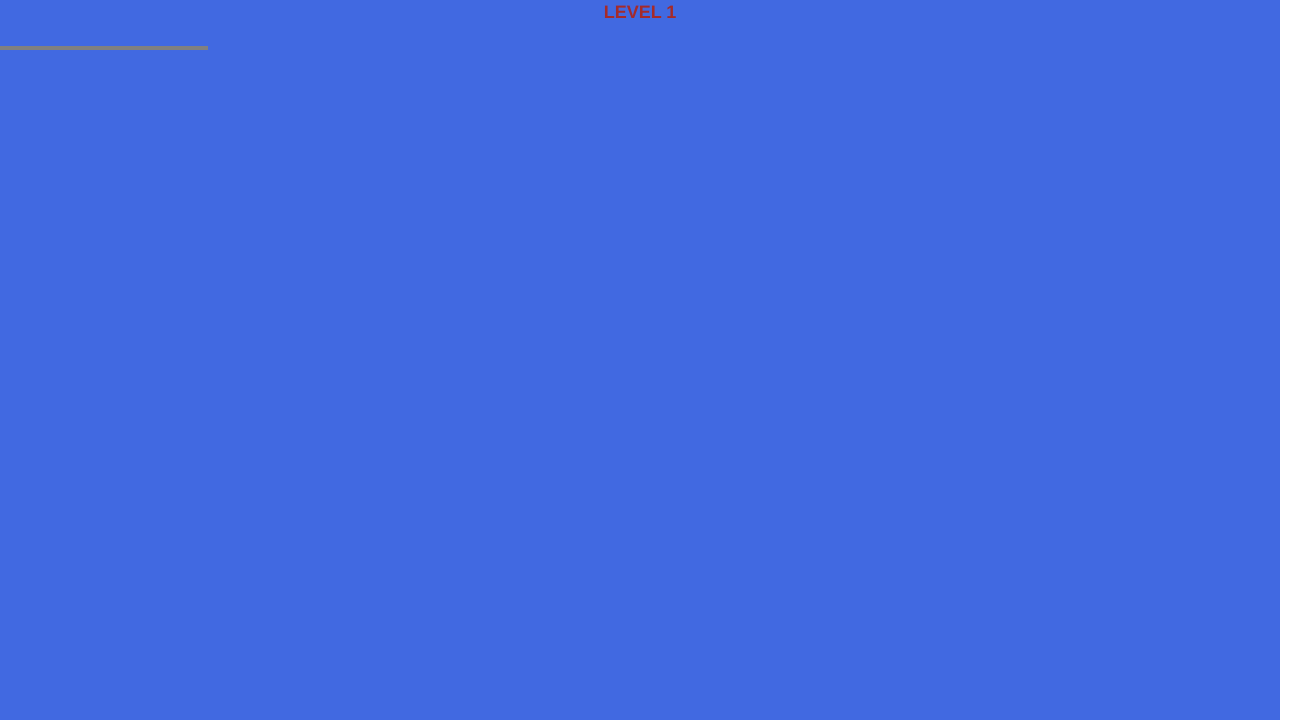
Repository: Shenba-Ps/Jsp-Servlet-B
Page: http://localhost/Test/Booking.jsp
The author's editor kept a copy of each file at every save. The page is drawn from the files as they stood at one save, then again after a run of saves.
The browser window is 1280 px wide. The page is 1295 px wide, so the pictures cover 1295 px, including what lies to the right of the window. The pictures show the whole page.
The page is served by Tomcat 9. Other server files are loaded and not shown.

Above is the page before, as saved 2023-06-15 13:11:42.

### Test/src/main/webapp/Booking.jsp
<!DOCTYPE HTML><%@page language="java"
	contentType="text/html; charset=ISO-8859-1" pageEncoding="ISO-8859-1"%>
<html>
<head>
<title>Booking</title>
<meta http-equiv="Content-Type" content="text/html; charset=ISO-8859-1">
<link rel="stylesheet" href="Plugins/Boostrap.css">
<link rel="stylesheet" href="Script/Common.css">
<script src="Plugins/jQuery.js"></script>
<script src="Plugins/bootstrap.js"></script>
<script src="Script/Booking.js"></script>
</head>
<body>
	<div style="height: 100vh; background-color: #4169E1;">
		<div>
			<div class="Title form-group" style="text-align: center;">LEVEL 1</div>
			<div class="row">
				<div class="col-md-2 Slot Free"></div>
			</div>
		</div>
		<!-- Modal -->
		<div class="modal fade" data-backdrop="static" id="mdlCustomerDetail"
			role="dialog">
			<div class="modal-dialog" style="width: 70%;">
				<!-- Modal content-->
				<div class="modal-content">
					<div class="modal-body">
						<div class="Title form-group" style="text-align: center;">Please
							enter your booking information</div>
						<div class="row form-group">
							<div class="col-xs-3 RightAlign">
								<label>Name</label>
							</div>
							<div class="col-xs-6">
								<input class="form-control" type="text" id="idName"
									name="nmName">
								<div class="ControlErrorMessage" id="errName"></div>
							</div>
						</div>
						<div class="row form-group">
							<div class="col-xs-3 RightAlign">
								<label>Address</label>
							</div>
							<div class="col-xs-6">
								<textarea class="form-control" id="idAddress" name="nmAddress"></textarea>
								<div class="ControlErrorMessage" id="errAddress"></div>
							</div>
						</div>
						<div class="row form-group">
							<div class="col-xs-3 RightAlign">
								<label>NRIC</label>
							</div>
							<div class="col-xs-6">
								<input class="form-control" type="text" id="idNRIC"
									name="nmNRIC">
								<div class="ControlErrorMessage" id="errNRIC"></div>
							</div>
						</div>
						<div class="row form-group">
							<div class="col-xs-3 RightAlign">
								<label>Usage Trade</label>
							</div>
							<div class="col-xs-6">
								<select class="form-control" name="UsageTrade" id="idUsageTrade">
									<option value="Credit Card Promotion">Credit Card
										Promotion</option>
									<option value="F&B">F&B</option>
									<option value="Hairdressing">Hairdressing</option>
									<option value="Clothing">Clothing</option>
									<option value="Others">Others</option>
								</select>
								<div class="ControlErrorMessage" id="errUserTrade"></div>
							</div>
						</div>
						<div class="row form-group">
							<div class="col-xs-3 RightAlign">
								<label>Others</label>
							</div>
							<div class="col-xs-6">
								<input class="form-control" type="text" id="idOthers"
									name="nmOthers">
								<div class="ControlErrorMessage" id="errOthers"></div>
							</div>
						</div>
						<div class="row form-group">
							<div class="col-xs-3 RightAlign">
								<label>Email</label>
							</div>
							<div class="col-xs-6">
								<input class="form-control" type="text" id="idEmail"
									name="nmEmail">
								<div class="ControlErrorMessage" id="errEmail"></div>
							</div>
						</div>
						<div class="row form-group">
							<div class="col-xs-3 RightAlign">
								<label>Home</label>
							</div>
							<div class="col-xs-6">
								<input class="form-control PhoneNumber" type="text"
									id="idHomeTel" name="nmHome" maxlength="8">
								<div class="ControlErrorMessage" id="errHomeTel"></div>
							</div>
						</div>
						<div class="row form-group">
							<div class="col-xs-3 RightAlign">
								<label>Office</label>
							</div>
							<div class="col-xs-6">
								<input class="form-control PhoneNumber" type="text"
									id="idOfficeTel" name="nmOffice" maxlength="8">
								<div class="ControlErrorMessage" id="errOfficeTel"></div>
							</div>
						</div>
						<div class="row form-group">
							<div class="col-xs-3 RightAlign">
								<label>Mobile</label>
							</div>
							<div class="col-xs-6">
								<input class="form-control PhoneNumber" type="text"
									id="idMobile" name="nmMobile" maxlength="8">
								<div class="ControlErrorMessage" id="errMobile"></div>
							</div>
						</div>
						<div class="row form-group">
							<div class="col-xs-3 RightAlign">
								<label>Booking Date</label>
							</div>
							<div class="col-xs-6">
								<input class="form-control" type="date" id="idBookingDate"
									name="nmBookingDate">
								<div class="ControlErrorMessage" id="errBookingDate"></div>
							</div>
						</div>
					</div>
					<div class="modal-footer">
						<button type="button" class="btn btn-primary"
							onclick="onclickBookSlot()">Book Slot</button>
						<button type="button" class="btn btn-primary" id="btnBookSlot"
							style="display: none;"></button>
						<div class="ControlErrorMessage" id="errBookingSlot"></div>
					</div>
				</div>
			</div>
		</div>
	</div>
</body>
</html>

### Test/src/main/webapp/Script/Common.css
.Title {
	font-size: 18px;
	color: brown;
	font-weight: bold;
}

.RightAlign {
	text-align: center;
}

.ControlError {
	border: 2px solid red;
}

.ControlErrorMessage {
	color: red;
	font-weight: 600;
}

.Slot {
	border: 2px solid gray;
	margin: 5px;
}

.Free {
	background-color: white;
	color: white;
	font-weight: 600;
	text-align: center;
}

.Booked {
	background-color: gray;
	color: white;
	font-weight: 600;
	text-align: center;
}

### Test/src/main/webapp/Script/Booking.js
$(function() {
	//OpenCustomerDetail();
});

function OpenCustomerDetail() {
	$('#mdlCustomerDetail').modal('show');
}

function onclickBookSlot() {
	$('#idName').removeClass("ControlError");
	$('#errName').hide();
	$('#idAddress').removeClass("ControlError");
	$('#errAddress').hide();
	$('#idNRIC').removeClass("ControlError");
	$('#errNRIC').hide();
	$('#idUsageTrade').removeClass("ControlError");
	$('#errUsageTrade').hide();
	$('#idOthers').removeClass("ControlError");
	$('#errOthers').hide();
	$('#idEmail').removeClass("ControlError");
	$('#errEmail').hide();
	$('#idHomeTel').removeClass("ControlError");
	$('#errHomeTel').hide();
	$('#idNOfficeTel').removeClass("ControlError");
	$('#errOfficeTel').hide();
	$('#idMobile').removeClass("ControlError");
	$('#errMobile').hide();
	$('#idBookingDate').removeClass("ControlError");
	$('#errBookingDate').hide();
	if ($('#idName').val() == "") {
		$('#idName').addClass("ControlError");
		$('#errName').html("* Please enter your name");
		$('#errName').show();
	}
	if ($('#idAddress').val() == "") {
		$('#idAddress').addClass("ControlError");
		$('#errAddress').html("* Please enter your address");
		$('#errAddress').show();
	}
	if ($('#idNRIC').val() == "") {
		$('#idNRIC').addClass("ControlError");
		$('#errNRIC').html("* Please enter your NRIC");
		$('#errNRIC').show();
	}
	if ($('#idUsageTrade').val() == "") {
		$('#idUsageTrade').addClass("ControlError");
		$('#errUsageTrade').html("* Please select usage trade");
		$('#errUsageTrade').show();
	}
	if ($('#idOthers').val() == "") {
		$('#idOthers').addClass("ControlError");
		$('#errOthers').html("* Please enter usage trade details");
		$('#errOthers').show();
	}
	if ($('#idEmail').val() == "") {
		$('#idEmail').addClass("ControlError");
		$('#errEmail').html("* Please enter your email");
		$('#errEmail').show();
	}
	if ($('#idHomeTel').val() == "") {
		$('#idHomeTel').addClass("ControlError");
		$('#errHomeTel').html("* Please enter your home number");
		$('#errHomeTel').show();
	}
	if ($('#idOfficeTel').val() == "") {
		$('#idOfficeTel').addClass("ControlError");
		$('#errOfficeTel').html("* Please enter your office number");
		$('#errOfficeTel').show();
	}
	if ($('#idMobile').val() == "") {
		$('#idMobile').addClass("ControlError");
		$('#errMobile').html("* Please enter your mobile number");
		$('#errMobile').show();
	}
	if ($('#idBookingDate').val() == "") {
		$('#idBookingDate').addClass("ControlError");
		$('#errBookingDate').html("* Please select booking date");
		$('#errBookingDate').show();
	}
}

Loaded but not shown: Test/src/main/webapp/Plugins/Boostrap.css (library); Test/src/main/webapp/Plugins/jQuery.js (library); Test/src/main/webapp/Plugins/bootstrap.js (library)

After the next 2 saves:
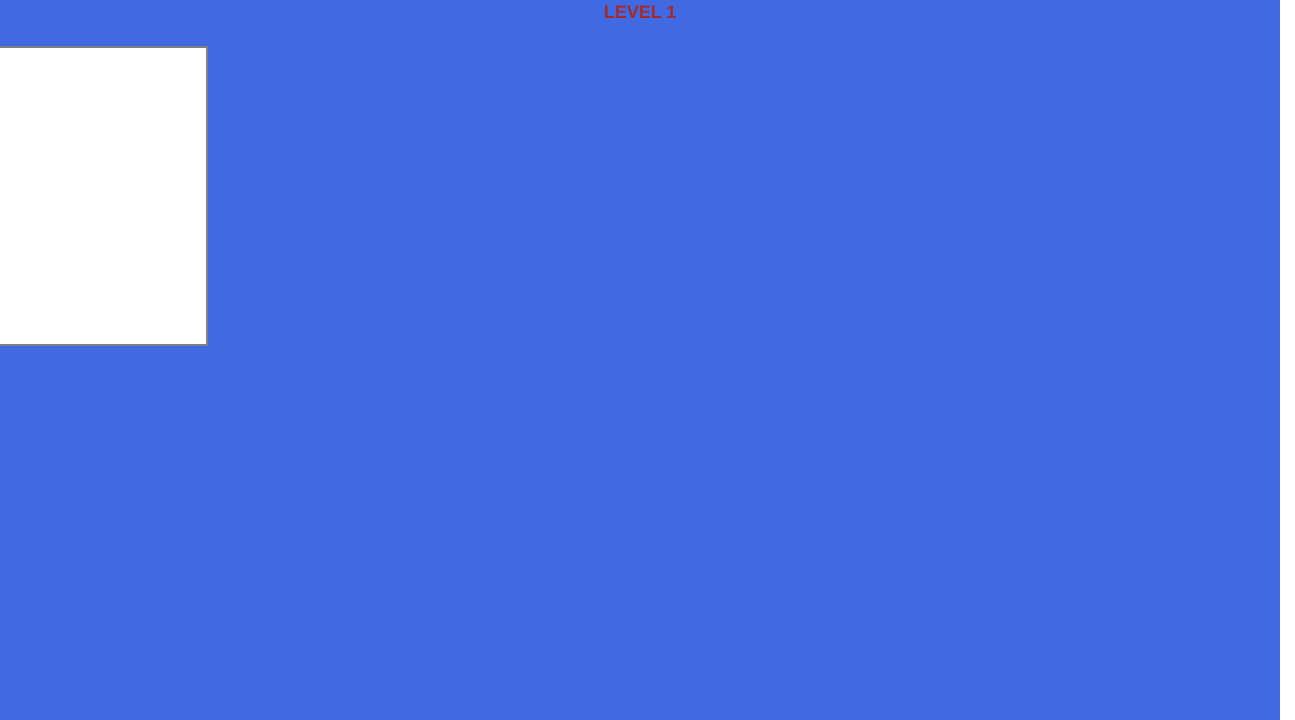
The 2 saves are shown as one change because they came seconds apart.
The last was saved 65 s later.
--- a/Test/src/main/webapp/Script/Common.css
+++ b/Test/src/main/webapp/Script/Common.css
@@ -20,6 +20,7 @@
 .Slot {
 	border: 2px solid gray;
 	margin: 5px;
+	height: 300px
 }
 
 .Free {
